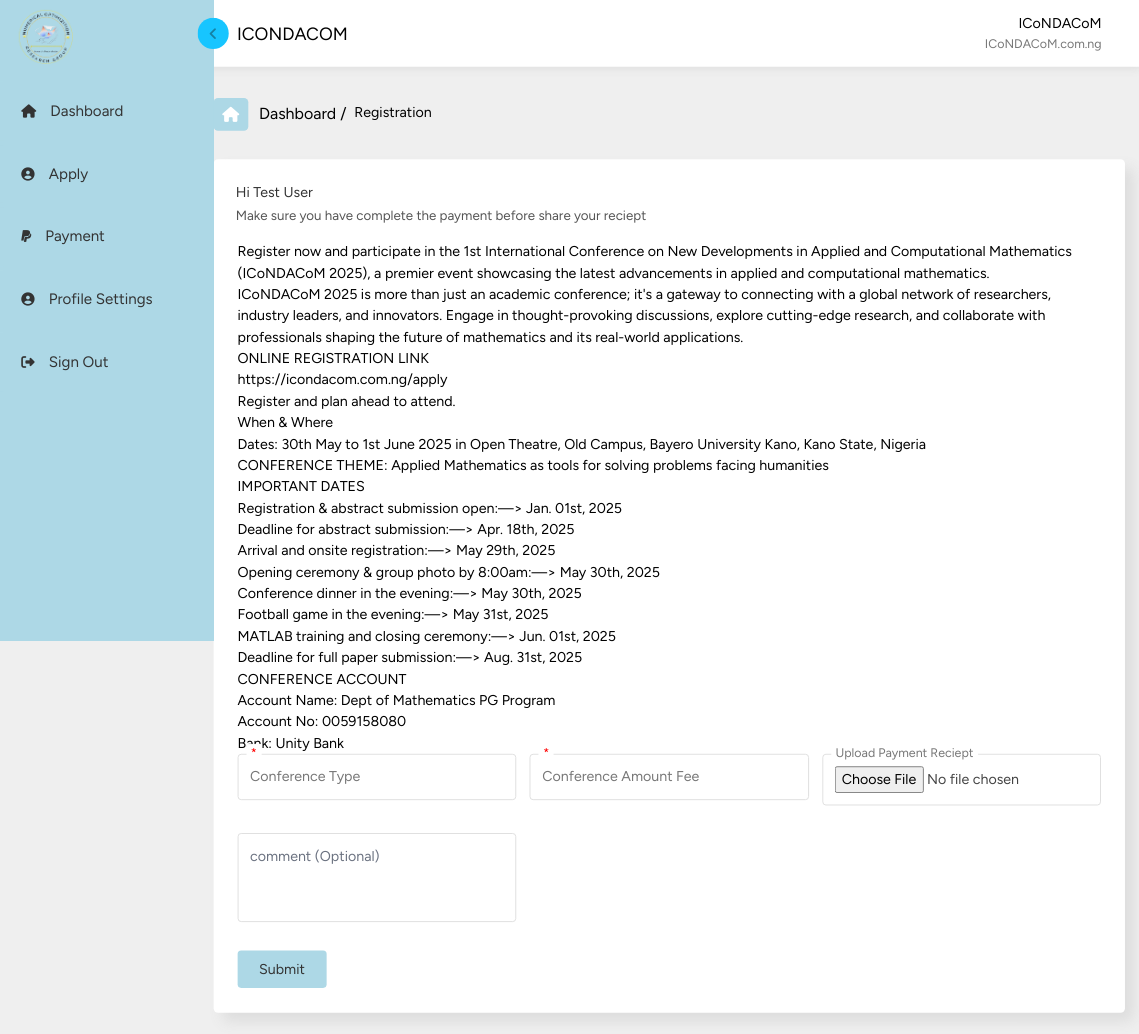
Repository: mrcode-gmb/aa-lectturn
Page: http://localhost/payment/user
An editor plug-in stored every save of this project. The page is shown before and after the next save, followed by the edit.
The browser window is 1280 px wide. The pictures show the whole page, at 89% of full size.
The page is served by the project's Laravel application, run on PHP 8.4 with Laravel 10. A made-up administrator, Test User (test@example.com), is signed in. Other server files are loaded and not shown. Queries for data that is not in the repository find no rows.

Above is the page before, as saved 2024-12-22 15:38:13.

### routes/web.php
<?php

use App\Models\User;
use Illuminate\Support\Facades\Mail;
use Illuminate\Support\Facades\Route;
use App\Http\Controllers\ProfileController;
use App\Http\Controllers\ApplyCompetationController;

/*
|--------------------------------------------------------------------------
| Web Routes
|--------------------------------------------------------------------------
|
| Here is where you can register web routes for your application. These
| routes are loaded by the RouteServiceProvider and all of them will
| be assigned to the "web" middleware group. Make something great!
|
*/

Route::get('/', function () {
    return view('welcome');
});

Route::get('/dashboard', function () {
    return view('dashboard',
    [
        "allUsers" => User::where("role",2)->count(),
        "allPendingUsers" => User::where("status",1)->count(),
        "allApprovedUsers" => User::where("status",2)->count(),
        "allRejectedUsers" => User::where("status",3)->count(),
    ]);
})->middleware(['auth', 'verified'])->name('dashboard');

Route::middleware('auth')->group(function () {
    Route::get('/profile', [ProfileController::class, 'edit'])->name('profile.edit');
    Route::patch('/profile', [ProfileController::class, 'update'])->name('profile.update');
    Route::delete('/profile', [ProfileController::class, 'destroy'])->name('profile.destroy');

    Route::controller(ApplyCompetationController::class)->group(function () {
        Route::get("/apply", "index")->name("apply");
        Route::get("/users/applied", "showAppliedUsers")->name("apply.showAppliedUsers");
        Route::get("/users/payment/histories", "showPaymentHistories")->name("apply.showPaymentHistories");
        Route::get("/users/all", "showAlldUsers")->name("all.showAppliedUsers");
        Route::post("apply/store", "store")->name("apply.store");
        Route::post("apply/update", "update")->name("apply.update");
        Route::post("apply/payment-status", "paymentStatus")->name("apply.paymentStatus");
        Route::get("/payment/user", "userPayment")->name("userPayment");
        Route::post("/payment/payment", "userPaymentPayment")->name("userPaymentPayment");
    });
});

require __DIR__ . '/auth.php';

### resources/views/make-payment.blade.php
<x-app-layout>
    <section>
        <div class="main">
            <section id="mainbody">
                <div class="main-body">
                    <!-- start Dashboard tabs -->
                    <div class="str">
                        <div class="str-home">
                            <i class="fa fa-home"></i>
                            <div class="db">
                                <h4>Dashboard / &nbsp;</h4>
                                <p>Registration</p>
                            </div>
                        </div>
                    </div>
                    @if (Auth::user()->status != 0)
                        @if (Auth::user()->payment->user_id ?? false)
                            <div class="was-apply">
                                <div class="tabs" id="tabls">
                                    <div class="full-chart">
                                        <div class="chart-title flex-class">
                                            <div class="circle-success">
                                                <i class="fa fa-brands fa-paypal"></i>
                                            </div>
                                            <div class="circle-text">
                                                <p>Payment Reciepts</p>
                                            </div>
                                        </div>
                                    </div>
                                    <x-auth-session-status class="mb-4" :status="session('success')" />
                                    <div class="table-st" id="bloodBanks">
                                        <div class="table-st-head">
                                            <h4>Payment Reciepts</h4>
                                            <div class="input-seach">
                                                <input type="text" placeholder="Search" onkeyup="searchBlood(true)"
                                                    id="searchBarBlood">
                                            </div>
                                        </div>
                                        <div class="table-body">
                                            <table class="student-data">
                                                <tr class="border">
                                                    <th>S/N</th>
                                                    <th>Full name</th>
                                                    <th>Conference type</th>
                                                    <th>Conference amount fee</th>
                                                    <th>Payment reciept</th>
                                                    <th>Comment</th>
                                                    <th>Date</th>
                                                </tr>
                                                <tr class="searchtab rowBlood">
                                                    <td>{{ 1 }}</td>
                                                    <td>{{ Auth::user()->name }}</td>
                                                    <td>{{ Auth::user()->payment->papers_present }}</td>
                                                    <td>{{ Auth::user()->payment->conference_amount }}</td>
                                                    <td>
                                                        @if (Auth::user()->payment->file_upload == '')
                                                            No file
                                                        @else
                                                            <a
                                                                href="{{ Storage::url(Auth::user()->payment->file_upload) }}">Download
                                                                | View</a>
                                                        @endif
                                                    </td>
                                                    <td>{{ Auth::user()->payment->payment_comment }}</td>
                                                    <td>
                                                        @if (Auth::user()->payment->status == 1)
                                                            <div class="status">
                                                                In review
                                                            </div>
                                                        @elseif (Auth::user()->payment->status == 2)
                                                            <div class="status-approved">
                                                                Approved
                                                            </div>
                                                        @else
                                                            <div class="status-reject">
                                                                Rejected
                                                            </div>
                                                        @endif
                                                    </td>
                                                    <td>{{ Auth::user()->payment->created_at->format("d M, Y h:i A") }}</td>
                                                </tr>
                                            </table>
                                        </div>
                                    </div>
                                </div>
                            </div>
                        @else
                            <div class="now-apply">
                                <div class="tabs" id="tabls">
                                    <div class="full-chart">
                                        <div class="chart-title">
                                            <h3>Hi {{ Auth::user()->name }}</h3>
                                            <p>Make sure you have complete the payment before share your reciept</p>
                                        </div>

                                        <form class="form-apply mt-1" method="POST"
                                            action="{{ route('userPaymentPayment') }}" enctype="multipart/form-data">
                                            @csrf
                                            <div class="pro-secord-body-contents">
                                                <p>Register now and participate in the 1st International Conference on New Developments in
                                                    Applied and Computational Mathematics (ICoNDACoM 2025), a premier event showcasing the
                                                    latest advancements in applied and computational mathematics.</p>
                                                <p>ICoNDACoM 2025 is more than just an academic conference; it's a gateway to connecting with a
                                                    global network of researchers, industry leaders, and innovators. Engage in thought-provoking
                                                    discussions, explore cutting-edge research, and collaborate with professionals shaping the
                                                    future of mathematics and its real-world applications.</p>


                                                <h3>ONLINE REGISTRATION LINK</h3>
                                                <a href="https://icondacom.com.ng/apply">https://icondacom.com.ng/apply</a>
                                                <p>Register and plan ahead to attend.</p>


                                                <h3>When & Where</h3>
                                                <p>Dates: 30th May to 1st June 2025 in Open Theatre, Old Campus, Bayero
                                                    University Kano, Kano State, Nigeria</p>
                                                <p>CONFERENCE THEME: Applied Mathematics as tools for solving problems facing humanities</p>


                                                <h3>IMPORTANT DATES</h3>
                                                <p>Registration & abstract submission open:—> Jan. 01st, 2025</p>
                                                <p>Deadline for abstract submission:—> Apr. 18th, 2025</p>
                                                <p>Arrival and onsite registration:—> May 29th, 2025</p>
                                                <p>Opening ceremony & group photo by 8:00am:—> May 30th, 2025</p>
                                                <p>Conference dinner in the evening:—> May 30th, 2025</p>
                                                <p>Football game in the evening:—> May 31st, 2025</p>
                                                <p>MATLAB training and closing ceremony:—> Jun. 01st, 2025</p>
                                                <p>Deadline for full paper submission:—> Aug. 31st, 2025</p>




                                                <h3>CONFERENCE ACCOUNT</h3>
                                                <p>
                                                    Account Name: Dept of Mathematics PG Program <br>
                                                    Account No: 0059158080 <br>
                                                    {{-- Account Type: Waiting <br> --}}
                                                    Bank: Unity Bank
                                                </p>
                                            </div>
                                            <div class="form-body form-padding-0">
                                                <div class="form-donor-user" id="donorCheck">
                                                    <div class="grid grid:3 gap10">
                                                        <div>
                                                            <div class="form-group">
                                                                <select name="papers_present" id="papers_present"
                                                                    onchange="selectValue(true)">
                                                                    <option value="" hidden>Conference Type
                                                                    </option>
                                                                    <option value="Onsite presenters">Onsite presenters
                                                                    </option>
                                                                    <option value="Online presenters">Online presenters
                                                                    </option>
                                                                    <option value="Participants without paper">
                                                                        Participants
                                                                        without paper</option>
                                                                    <option value="Accompany">Accompany</option>
                                                                </select>
                                                                <label for=""> <span
                                                                        class="text-danger">*</span></label>
                                                            </div>
                                                            <x-input-error :messages="$errors->get('papers_present')" />
                                                        </div>
                                                        <div>
                                                            <div class="form-group">
                                                                <select name="conference_amount" id="conference_amount">
                                                                    <option value="" hidden>Conference Amount Fee
                                                                    </option>
                                                                </select>
                                                                <label for=""> <span
                                                                        class="text-danger">*</span></label>
                                                            </div>
                                                            <x-input-error :messages="$errors->get('conference_amount')" />
                                                        </div>
                                                        <div>
                                                            <div class="form-group">
                                                                <input type="file" placeholder=" "
                                                                    value="{{ old('file_upload') }}" name="file_upload">
                                                                <label for="">Upload Payment Reciept</label>
                                                            </div>
                                                            <x-input-error :messages="$errors->get('file_upload')" />
                                                        </div>
                                                        <div>
                                                            <div class="form-group">
                                                                <textarea name="payment_comment" placeholder="comment (Optional)"></textarea>
                                                            </div>
                                                            <x-input-error :messages="$errors->get('payment_comment')" />
                                                        </div>
                                                    </div>
                                                    <div class="mt-1">
                                                        <div class="form-group form-btn-look">
                                                            <button>Submit</button>
                                                        </div>
                                                    </div>
                                                </div>
                                            </div>
                                        </form>
                                    </div>
                                    <br>
                                </div>
                            </div>
                        @endif
                    @else
                        <div class="was-apply">
                            <div class="tabs" id="tabls">
                                <div class="full-chart">
                                    <div class="chart-title flex-class">
                                        <div class="circle-pending">
                                            <i class="fa fa-check-circle"></i>
                                        </div>
                                        <div class="circle-text">
                                            <p>Hello, {{ Auth::user()->name }}! Please click the 'Apply' button below
                                                to submit your application before proceeding with the payment. <u><a
                                                        href='{{ route('apply') }}'>Apply Now</a></u>.</p>
                                        </div>
                                    </div>
                                </div>
                            </div>
                        </div>
                    @endif
                </div>
            </section>
        </div>
    </section>
    <script>
        const selectValue = (bool) => {

            const select = document.getElementById("papers_present").value;
            const conference_amount = document.getElementById("conference_amount");

            const array = [{
                    type: 'Onsite presenters',
                    name: 'Faculty members: N50,000',
                },
                {
                    type: 'Onsite presenters',
                    name: 'Students: N25,000',
                },
                {
                    type: 'Onsite presenters',
                    name: 'International: 100USD',
                },

                // Online presenters
                {
                    type: 'Online presenters',
                    name: 'Faculty members: N25,000',
                },
                {
                    type: 'Online presenters',
                    name: 'Students: N15,000',
                },
                {
                    type: 'Online presenters',
                    name: 'International: 50USD',
                },

                // Participants without paper
                {
                    type: 'Participants without paper',
                    name: 'Corporate: N70,000',
                },
                {
                    type: 'Participants without paper',
                    name: 'Individual:: N25,000',
                },

                // Accompany
                {
                    type: 'Accompany',
                    name: 'Individual: N20,000',
                },

            ]

            const filteredPlans = array.filter(plan =>
                (select ? plan.type === select : true)
            );
            conference_amount.innerHTML = '';

            filteredPlans.forEach((options) => {
                const optionElement = document.createElement('option');
                optionElement.textContent = options.name; // Set the display text
                optionElement.value = options.name; // Set the value attribute
                conference_amount.appendChild(optionElement);
            });

        }
    </script>
</x-app-layout>

### app/Models/Payment.php
<?php

namespace App\Models;

use Illuminate\Database\Eloquent\Factories\HasFactory;
use Illuminate\Database\Eloquent\Model;

class Payment extends Model
{
    use HasFactory;

    protected $fillable = [
        'user_id',
        'papers_present',
        'conference_amount',
        'payment_comment',
        'file_upload',
        'status'
    ];

    public function user()
    {
        return $this->belongsTo(User::class);
    }
}

### resources/views/components/input-error.blade.php
@props(['messages'])

@if ($messages)
    <ul {{ $attributes->merge(['class' => 'text-sm text-red-600 dark:text-red-400 my-300']) }}>
        @foreach ((array) $messages as $message)
            <li>{{ $message }}</li>
        @endforeach
    </ul>
@endif

### resources/views/components/auth-session-status.blade.php
@props(['status'])

@if ($status)
    <div {{ $attributes->merge(['class' => 'font-medium text-sm text-green-600 dark:text-green-400 alert-success']) }}>
        <i class="fa fa-check-circle"></i>&nbsp;{{ $status }}
    </div>
@endif

Loaded but not shown: routes/auth.php (common file); app/Http/Controllers/Auth/EmailVerificationPromptController.php (common file); app/Http/Controllers/Controller.php (common file); app/Http/Controllers/Auth/VerifyEmailController.php (common file); app/View/Components/AppLayout.php (common file); public/asset/fontawesome-free/css/all.min.css (library); public/asset/fontawesome-free/css/all.css (library); public/asset/styles.css (1619 lines, source omitted); app/Http/Controllers/ApplyCompetationController.php (267 lines, source omitted); public/asset/form.css (503 lines, source omitted); resources/views/layouts/app.blade.php (123 lines, source omitted); resources/views/layouts/navigation.blade.php (128 lines, source omitted); app/Models/User.php (55 lines, source omitted)

After the next save:
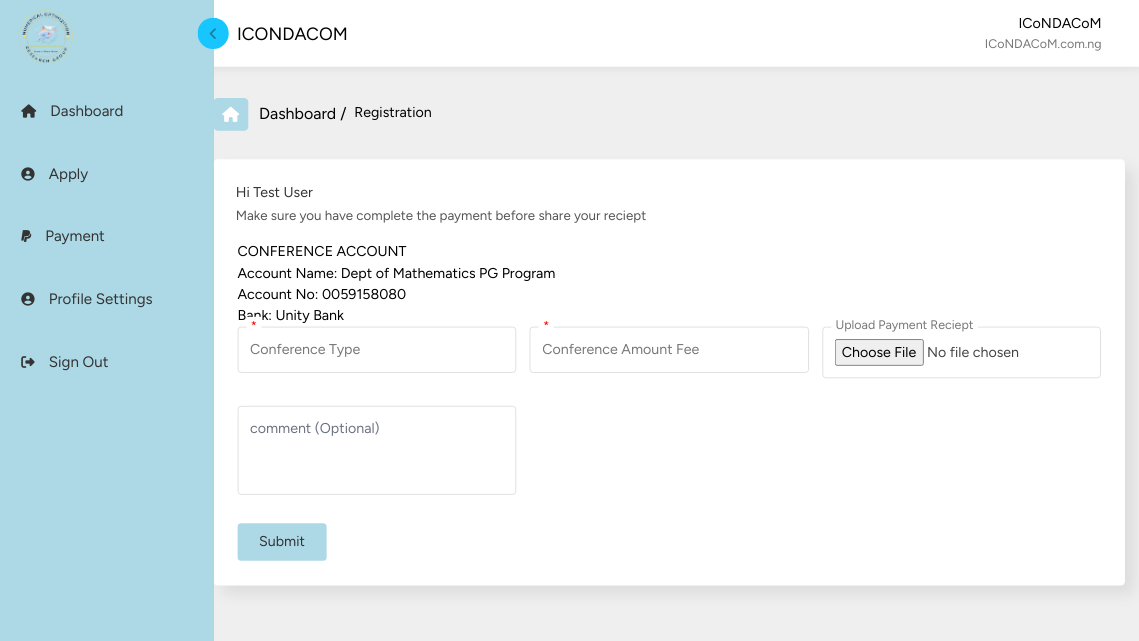
Saved 12 s later.
--- a/resources/views/make-payment.blade.php
+++ b/resources/views/make-payment.blade.php
@@ -97,35 +97,6 @@
                                             action="{{ route('userPaymentPayment') }}" enctype="multipart/form-data">
                                             @csrf
                                             <div class="pro-secord-body-contents">
-                                                <p>Register now and participate in the 1st International Conference on New Developments in
-                                                    Applied and Computational Mathematics (ICoNDACoM 2025), a premier event showcasing the
-                                                    latest advancements in applied and computational mathematics.</p>
-                                                <p>ICoNDACoM 2025 is more than just an academic conference; it's a gateway to connecting with a
-                                                    global network of researchers, industry leaders, and innovators. Engage in thought-provoking
-                                                    discussions, explore cutting-edge research, and collaborate with professionals shaping the
-                                                    future of mathematics and its real-world applications.</p>
-
-
-                                                <h3>ONLINE REGISTRATION LINK</h3>
-                                                <a href="https://icondacom.com.ng/apply">https://icondacom.com.ng/apply</a>
-                                                <p>Register and plan ahead to attend.</p>
-
-
-                                                <h3>When & Where</h3>
-                                                <p>Dates: 30th May to 1st June 2025 in Open Theatre, Old Campus, Bayero
-                                                    University Kano, Kano State, Nigeria</p>
-                                                <p>CONFERENCE THEME: Applied Mathematics as tools for solving problems facing humanities</p>
-
-
-                                                <h3>IMPORTANT DATES</h3>
-                                                <p>Registration & abstract submission open:—> Jan. 01st, 2025</p>
-                                                <p>Deadline for abstract submission:—> Apr. 18th, 2025</p>
-                                                <p>Arrival and onsite registration:—> May 29th, 2025</p>
-                                                <p>Opening ceremony & group photo by 8:00am:—> May 30th, 2025</p>
-                                                <p>Conference dinner in the evening:—> May 30th, 2025</p>
-                                                <p>Football game in the evening:—> May 31st, 2025</p>
-                                                <p>MATLAB training and closing ceremony:—> Jun. 01st, 2025</p>
-                                                <p>Deadline for full paper submission:—> Aug. 31st, 2025</p>
 
 
 
